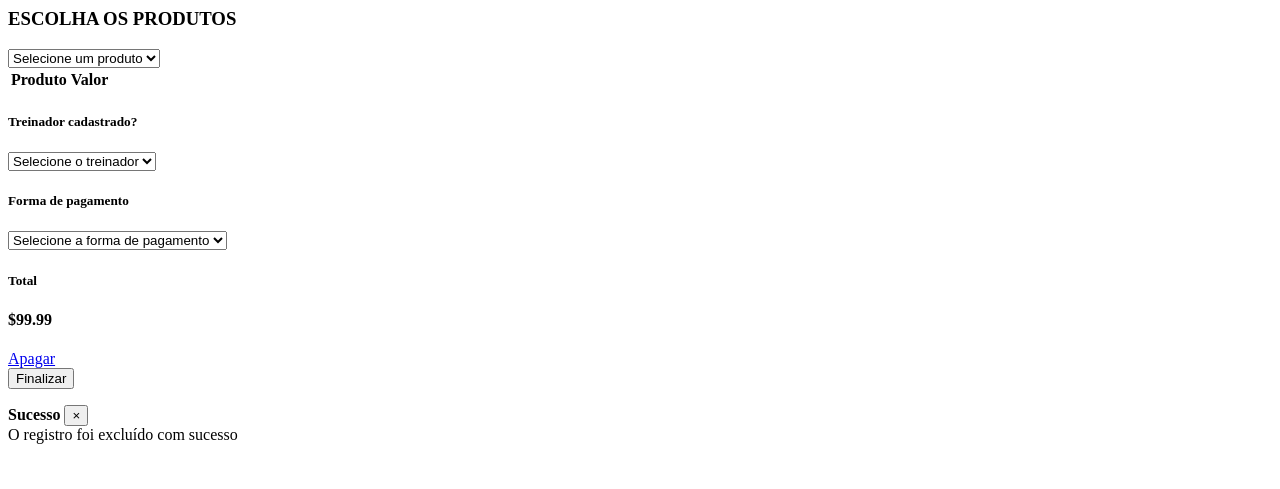
Repository: leobritto-sudo/pokemon-center
Page: http://localhost/App/Views/sale/index.phtml
An editor plug-in stored every save of this project. The page is shown before and after the next save, followed by the edit.
The browser window is 1280 px wide. The pictures show the whole page.
The page is run by PHP 8.4 with error messages shown; the project is at /var/www/html/.

Above is the page before, as saved 2022-11-18 16:12:17.

After the next save:
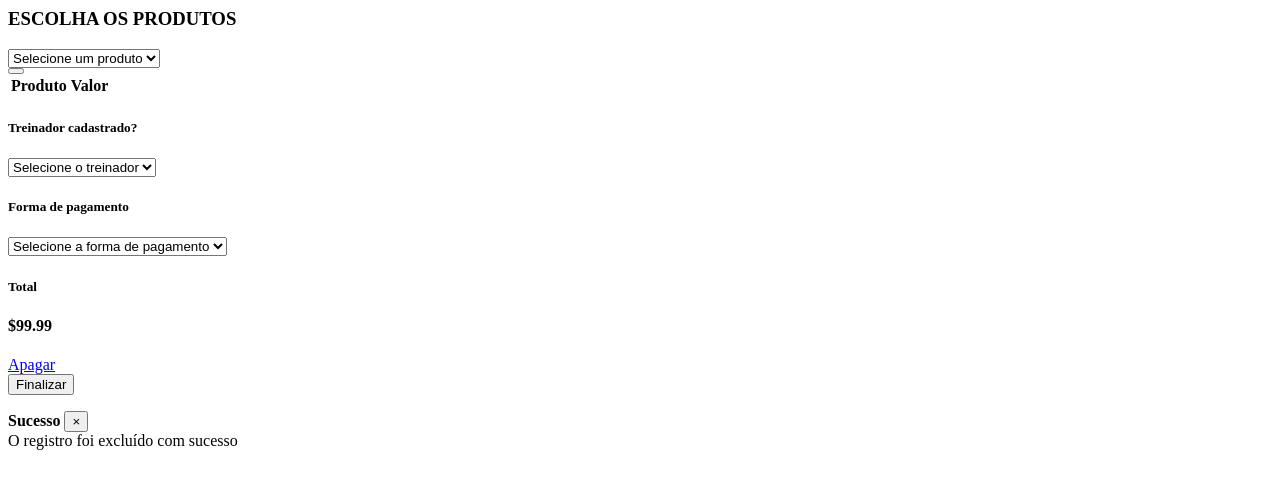
Saved 109 s later.
--- a/App/Views/sale/index.phtml
+++ b/App/Views/sale/index.phtml
@@ -3,12 +3,19 @@
         <h3 class="font-weight-bold text-dark"><i class="fas fa-certificate pr-1"></i> ESCOLHA OS PRODUTOS</h3>
     </header>
 
-    <select name="products" id="products" class="form-control my-3">
-        <option value="">Selecione um produto</option>
-        <option value="1">Produto 1</option>
-        <option value="2">Produto 2</option>
-        <option value="3">Produto 3</option>
-    </select>
+    <div class="form-row">
+        <div class="form-group col-10">
+            <select name="products" id="products" class="form-control my-3">
+                <option value="">Selecione um produto</option>
+                <option value="1">Produto 1</option>
+                <option value="2">Produto 2</option>
+                <option value="3">Produto 3</option>
+            </select>
+        </div>
+        <div class="form-group col-2">
+            <button type="button" class="btn btn-primary"><i class="fas fa-plus"></i></button>
+        </div>
+    </div>
 
     <form action="">
         <table class="table table-sm table-consult mt-1">
